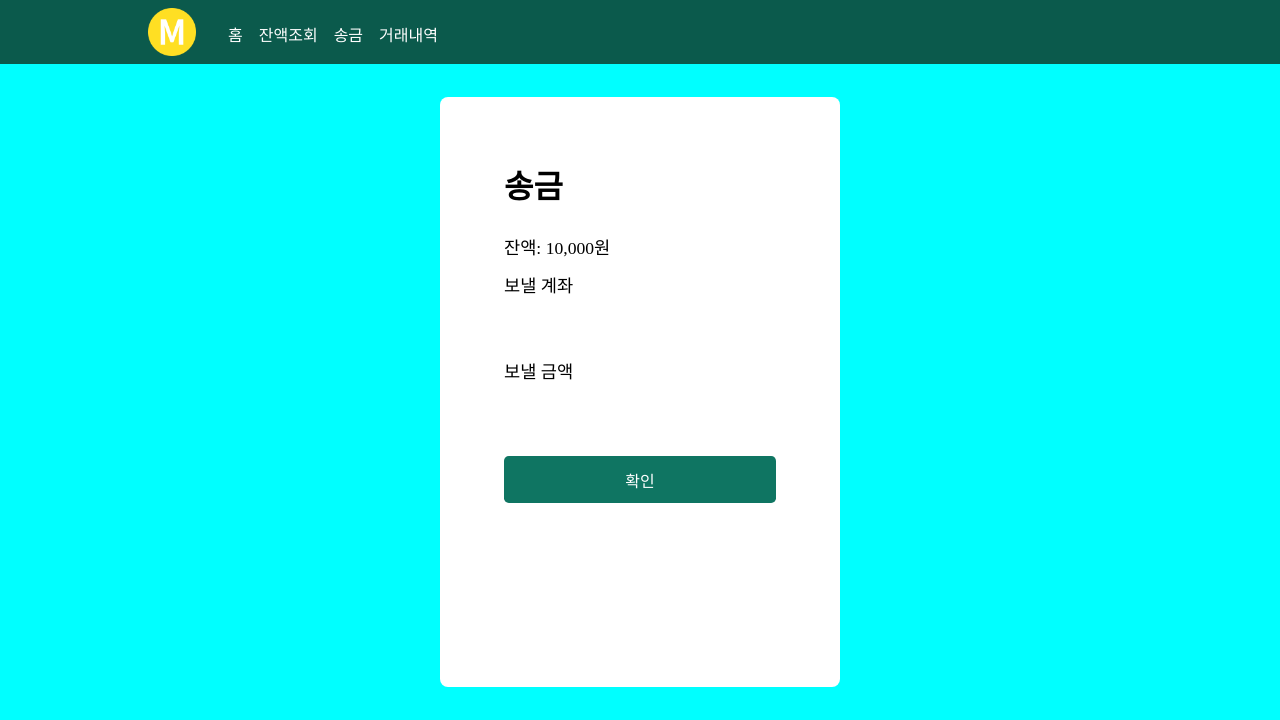
Repository: JiNookk/makaobank
Page: week06/makaoBank/transfer.html
These files come from the project's save history. The page is drawn as it stood at one moment and after the next save; the edit follows.
The browser window is 1280 px wide. The pictures show the whole page.

Above is the page before, as saved 2022-09-13 17:58:07.

### week06/makaoBank/transfer.html
<!DOCTYPE html>
<html lang="ko">
    <head>
        <meta charset="UTF-8">
        <title>마카오 뱅크</title>
        <!-- <link rel="favicon for makaoBank" href="./resources/logo.png"> favicon나중에 넣어보기-->
        <link rel="stylesheet" href="./css/reset.css">
        <link rel="stylesheet" href="./css/layout.css">
        <link rel="stylesheet" href="./css/elements.css">
    </head>
    <body>
        <header>
            <nav id="nav-item-container">
                <a href="./index.html">
                    <img id="home-logo" alt="makaoBank home Button" src="./resources/logo.png">
                </a>
                <a href="./index.html">홈</a>
                <a href="./amount.html">잔액조회</a>
                <a href="./transfer.html">송금</a>
                <a href="./transaction.html">거래내역</a>
                </nav>
        </header>
        <main>
            <section class="content-container">
                <h1>송금</h1>
                <p>
                    잔액: 10,000원
                </p>
                <form action="" method="get">
                    <div>
                        <label for="account"><p>보낼 계좌</p></label>
                        <input type="account" value="">
                    </div>

                    <div>
                        <label for="number"><p>보낼 금액</p></label>
                        <input type="number" value="">
                    </div>

                    <div>
                        <button id="submit-button" type="submit">확인</button>
                    </div>
                </form>
            </section>
        </main>
    </body>
</html>

### week06/makaoBank/css/reset.css
* {
    box-sizing: border-box;
    margin: 0px;
    padding: 0px;
}

### week06/makaoBank/css/layout.css
html{
    width: 100%;
    height: 100%;
}

body{
    display: grid;
    grid: 4rem 1fr 18fr 1fr / 1fr 500px 500px 1fr;

    grid-template-areas:
    "header header header header"
    ". . . ."
    ". main main ."
    ". . . .";

    color: white;
    background-color: aqua;

    width: 100%;
    height: 100%;
}

#home-contents-container{
    grid: 4rem 1fr 300px 1fr / 1fr 500px 500px 1fr;
    grid-template-areas:
    "header header header header"
    ". . . ."
    ". main main ."
    ". . . .";
}

header{
    grid-column-start: span 4;
    grid-area:header;

    display: grid;
    grid-template-columns: 1fr 500px 500px 1fr;

    height: 4rem;
    background-color: rgb(11,90,76);
}

nav{
    grid-column-start: 2;
    grid-row-start: 1;
}

nav *{
    margin-right: 1rem;
}

main{
    display: flex;
    justify-content: center;
    grid-area: main;
}

aside{
    grid-area: aside;
}

### week06/makaoBank/css/elements.css
/* aside>div{
    background-image: url("../resources/saving.png");
    width: 100%;
    height: 100%;
} */

h1{
    font-size: 2rem;
}

a{
    color: white;
    text-decoration: none;
}

p{
    font-size: 1.1rem;

    margin-bottom: .8rem;
}

#nav-item-container{
    display: flex;

    align-items: center;

    padding: .5rem;
}

#home-items-container{
    display: flex;
}

#home-logo{
    height: 3rem;
}

#home-description{
    font-size: 1.8rem;

    display: flex;
    flex-direction: column;
    align-items: center;

    width: 500px;
}

#home-description button{
    font-size: .6rem;

    justify-self: center;
    margin: .3rem;
    margin-top: 3rem;

    background-color: rgb(11,90,76);
    color: white;

    width: 160px;
    height: 65px;

    border-radius: 2.3rem;
}

#saving-image{
    width: 72vh;
    height: 40vh;
}

.content-container{
    padding: 4rem;

    width: 40%;
    height: 100%;

    border-radius: .5rem;

    background-color: white;
}

.content-container *{
    color: black;
}

.content-container h1{
    margin-bottom: 1.7rem;
}

form p{
    margin-bottom: 0;
}

input{
    margin-bottom: .8rem;

    width: 100%;
    height: 3rem;

    border:  2px solid transparent;
}
#submit-button{
    font-size: 1rem;

    margin-top: .8em;

    padding: 0.6em;

    border-radius: .3em;
    border-color: transparent;

    width: 100%;

    background-color: rgb(15,117,98);
    color: white;
}

After the next save:
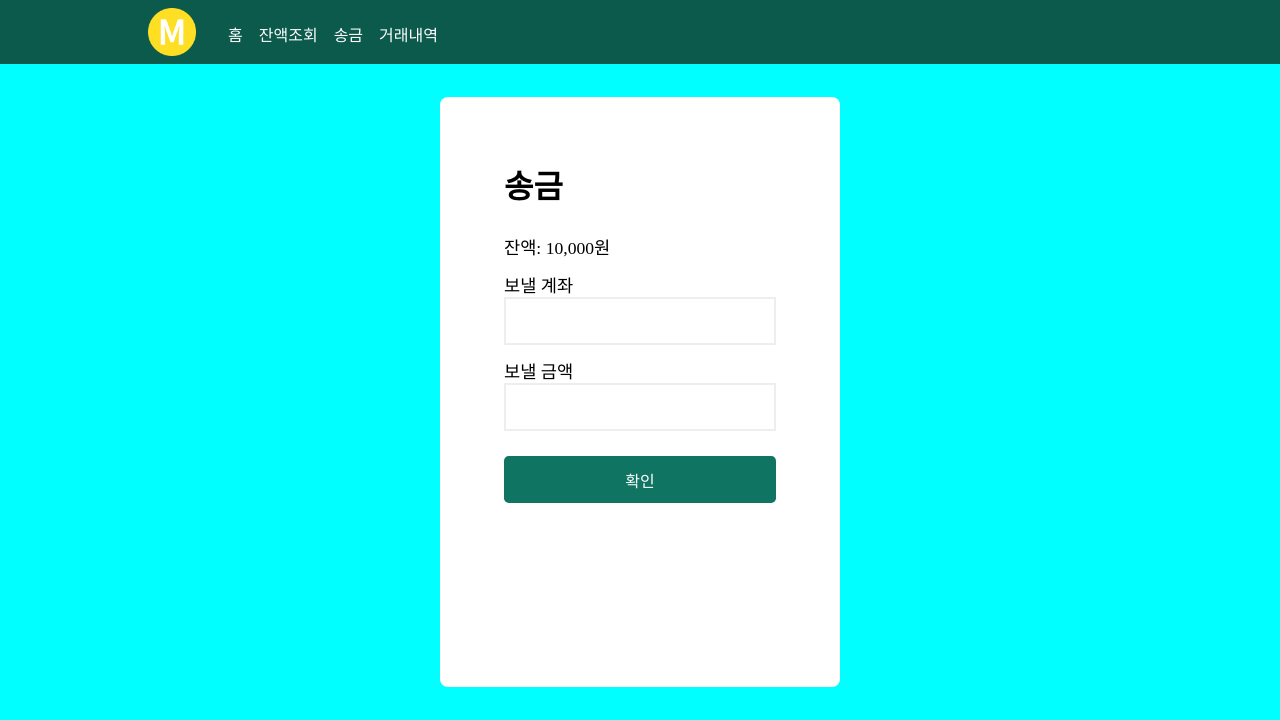
Saved 25 s later.
--- a/week06/makaoBank/css/elements.css
+++ b/week06/makaoBank/css/elements.css
@@ -95,7 +95,7 @@ input{
     width: 100%;
     height: 3rem;
 
-    border:  2px solid transparent;
+    border:  2px solid rgb(238,238,238);
 }
 #submit-button{
     font-size: 1rem;
